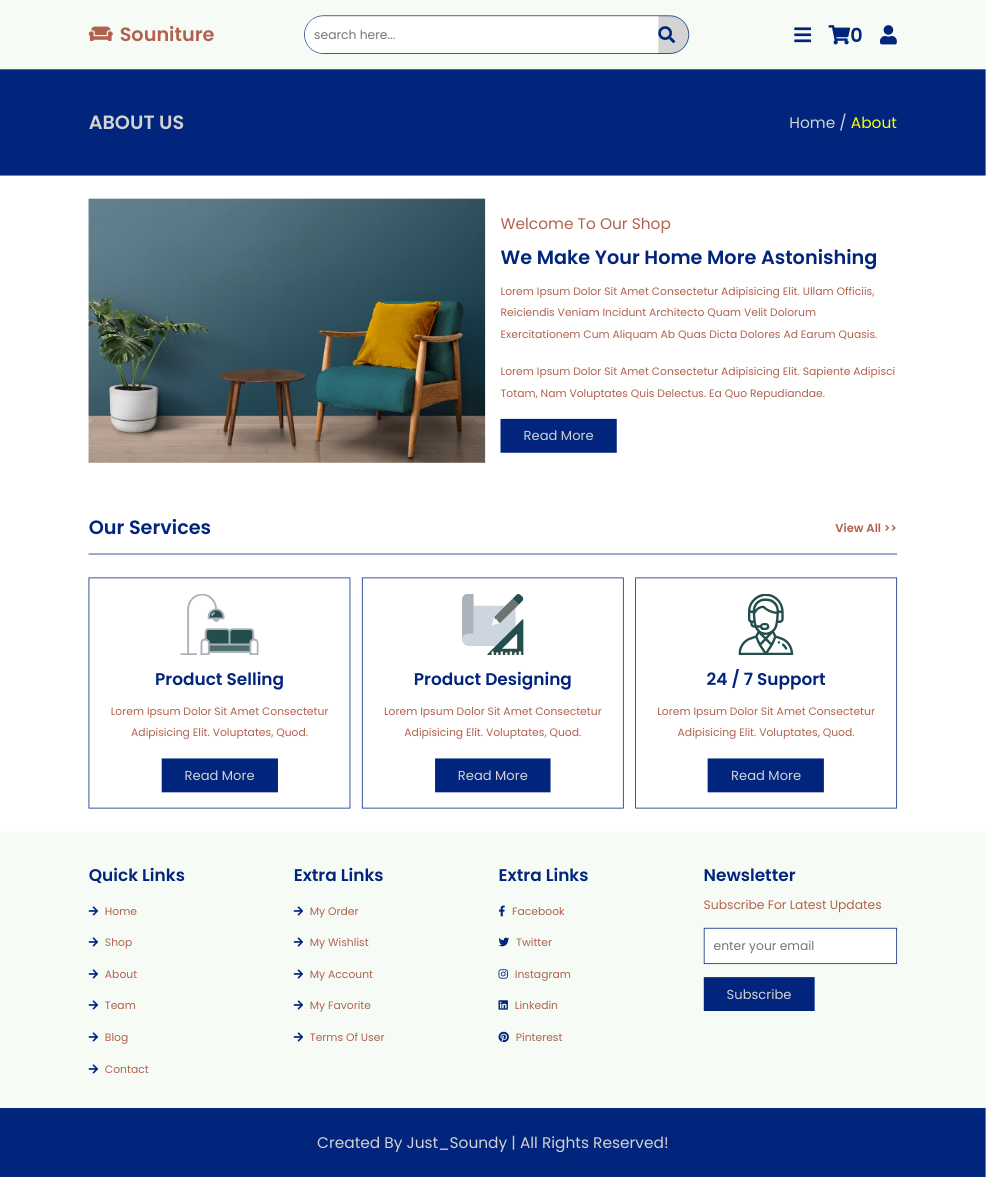
Repository: spencersoundy/furniture-store
Page: about.html
An editor plug-in stored every save of this project. The page is shown before and after a run of saves, followed by the edit.
The browser window is 1280 px wide. The pictures show the whole page, at 77% of full size.

Above is the page before, as saved 2023-05-04 15:15:23.
Console error: TypeError: Cannot read properties of null (reading 'addEventListener')

### about.html
<!DOCTYPE html>
<html lang="en">
<head>
    <meta charset="UTF-8">
    <meta http-equiv="X-UA-Compatible" content="IE=edge">
    <meta name="viewport" content="width=device-width, initial-scale=1.0">
    <title>about</title>

    <!-- font awesome cdn link  -->
    <link rel="stylesheet" href="https://cdnjs.cloudflare.com/ajax/libs/font-awesome/5.15.4/css/all.min.css">

    <!-- custom css file link  -->
    <link rel="stylesheet" href="css/style.css">

</head>
<body>

<!-- header section starts  -->

<header class="header">

    <a href="home.html" class="logo"> <i class="fas fa-couch"></i> Souniture </a>

    <form action="" class="search-form">
        <input type="search" placeholder="search here..." id="search-box">
        <label for="search-box" class="fas fa-search"></label>
    </form>

    <div class="icons">
        <div id="menu-btn" class="fas fa-bars"></div>
        <div id="search-btn" class="fas fa-search"></div>
        <div id="cart-btn" class="fas fa-shopping-cart"><span id="cart-count-info"></span></div>
        <div id="login-btn" class="fas fa-user"></div>
    </div>

</header>

<!-- header section ends  -->

<!-- closer btn  -->

<div id="closer" class="fas fa-times"></div>

<!-- navbar  -->

<nav class="navbar">
    <a href="home.html">home</a>
    <a href="shop.html">shop</a>
    <a href="about.html">about</a>
    <a href="team.html">team</a>
    <a href="blog.html">blog</a>
    <a href="contact.html">contact</a>
</nav>

<!-- shopping cart  -->

<div class="shopping-cart">
    <div class="cart-list">

    <!-- <div class="box">
        <i class="fas fa-times"></i>
        <img src="image/cart-img-1.jpg" alt="">
        <div class="content">
            <h3>morden furniture</h3>
            <span class="quantity"> 1 </span>
            <span class="multiply"> x </span>
            <span class="price"> $140.00 </span>
        </div>
    </div>-->
    </div>

        <div>
            <h3 class="cart-total">Total:R</h3>
            <span id="cart-total-value"></span>
            </div>
    <a href="#" class="btn">checkout cart</a>

</div>

<!-- login form  -->

<div class="login-form">

    <form action="">
        <h3>login form</h3>
        <input type="email" placeholder="enter your email" class="box">
        <input type="password" placeholder="enter your password" class="box">
        <div class="remember">
            <input type="checkbox" name="" id="remember-me">
            <label for="remember-me">remember me</label>
        </div>
        <input type="submit" value="login now" class="btn">
        <p>forget password? <a href="#">click here</a></p>
        <p>don't have an account? <a href="#">create now</a></p>
    </form>

</div>

<section class="heading">
    <h3>about us</h3>
    <p> <a href="home.html">home</a> / <span>about</span> </p>
</section>

<section class="about">

    <div class="image">
        <img src="image/about-img.jpg" alt="">
    </div>

    <div class="content">
        <span>welcome to our shop</span>
        <h3>we make your home more astonishing</h3>
        <p>Lorem ipsum dolor sit amet consectetur adipisicing elit. Ullam officiis, reiciendis veniam incidunt architecto quam velit dolorum exercitationem cum aliquam ab quas dicta dolores ad earum quasis.</p>
        <p>Lorem ipsum dolor sit amet consectetur adipisicing elit. Sapiente adipisci totam, nam voluptates quis delectus. Ea quo repudiandae.</p>
        <a href="#" class="btn">read more</a>
    </div>

</section>

<section class="services">

    <h1 class="title"> <span>our services</span> <a href="#">view all >></a> </h1>

    <div class="box-container">

        <div class="box">
            <img src="image/serv-1.svg" alt="">
            <h3>product selling</h3>
            <p>Lorem ipsum dolor sit amet consectetur adipisicing elit. Voluptates, quod.</p>
            <a href="#" class="btn">read more</a>
        </div>

        <div class="box">
            <img src="image/serv-2.svg" alt="">
            <h3>product designing</h3>
            <p>Lorem ipsum dolor sit amet consectetur adipisicing elit. Voluptates, quod.</p>
            <a href="#" class="btn">read more</a>
        </div>

        <div class="box">
            <img src="image/serv-3.svg" alt="">
            <h3>24 / 7 support</h3>
            <p>Lorem ipsum dolor sit amet consectetur adipisicing elit. Voluptates, quod.</p>
            <a href="#" class="btn">read more</a>
        </div>

    </div>

</section>



















<!-- footer section  -->

<section class="footer">

    <div class="box-container">

        <div class="box">
            <h3>quick links</h3>
            <a href="home.html"> <i class="fas fa-arrow-right"></i> home</a>
            <a href="shop.html"> <i class="fas fa-arrow-right"></i> shop</a>
            <a href="about.html"> <i class="fas fa-arrow-right"></i> about</a>
            <a href="team.html"> <i class="fas fa-arrow-right"></i> team</a>
            <a href="blog.html"> <i class="fas fa-arrow-right"></i> blog</a>
            <a href="contact.html"> <i class="fas fa-arrow-right"></i> contact</a>
        </div>

        <div class="box">
            <h3>extra links</h3>
            <a href="#"> <i class="fas fa-arrow-right"></i> my order</a>
            <a href="#"> <i class="fas fa-arrow-right"></i> my wishlist</a>
            <a href="#"> <i class="fas fa-arrow-right"></i> my account</a>
            <a href="#"> <i class="fas fa-arrow-right"></i> my favorite</a>
            <a href="#"> <i class="fas fa-arrow-right"></i> terms of user</a>
        </div>

        <div class="box">
            <h3>extra links</h3>
            <a href="https://www.facebook.com"> <i class="fab fa-facebook-f"></i> facebook</a>
            <a href="https://wwww.twitter.com"> <i class="fab fa-twitter"></i> twitter</a>
            <a href="https://www.instagram.com"> <i class="fab fa-instagram"></i> instagram</a>
            <a href="http://wwww.linkedin.com"> <i class="fab fa-linkedin"></i> linkedin</a>
            <a href="http://wwww.pinterest.com"> <i class="fab fa-pinterest"></i> pinterest</a>
        </div>

        <div class="box">
            <h3>newsletter</h3>
            <p>subscribe for latest updates</p>
            <form action="">
                <input type="email" name="" placeholder="enter your email" id="">
                <input type="submit" value="subscribe" class="btn">
            </form>
        </div>

    </div>

</section>

<section class="credit">
    created by Just_Soundy | all rights reserved!
</section>

<!-- custom js file link  -->
<script src="js/script.js"></script>

</body>
</html>

Loaded but not shown: furniture.json (51 lines, source omitted); js/script.js (231 lines, source omitted); css/style.css (1195 lines, source omitted)

After the next 2 saves:
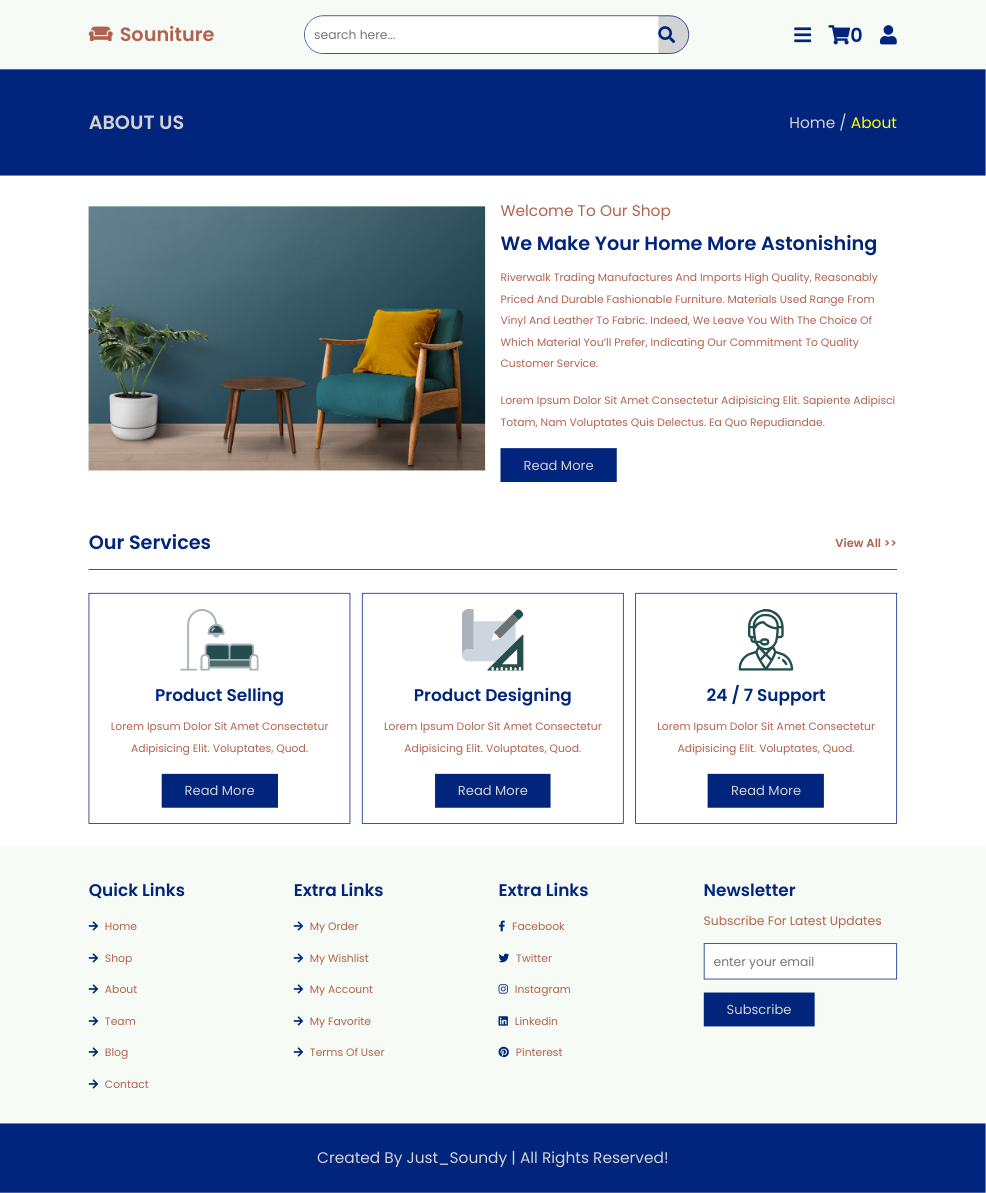
The 2 saves are shown as one change because they came seconds apart.
The last was saved 105 min 52 s later.
--- a/about.html
+++ b/about.html
@@ -110,7 +110,7 @@
     <div class="content">
         <span>welcome to our shop</span>
         <h3>we make your home more astonishing</h3>
-        <p>Lorem ipsum dolor sit amet consectetur adipisicing elit. Ullam officiis, reiciendis veniam incidunt architecto quam velit dolorum exercitationem cum aliquam ab quas dicta dolores ad earum quasis.</p>
+        <p>Riverwalk Trading manufactures and imports high quality, reasonably priced and durable fashionable furniture. Materials used range from vinyl and leather to fabric. Indeed, we leave you with the choice of which material you’ll prefer, indicating our commitment to quality customer service.</p>
         <p>Lorem ipsum dolor sit amet consectetur adipisicing elit. Sapiente adipisci totam, nam voluptates quis delectus. Ea quo repudiandae.</p>
         <a href="#" class="btn">read more</a>
     </div>
